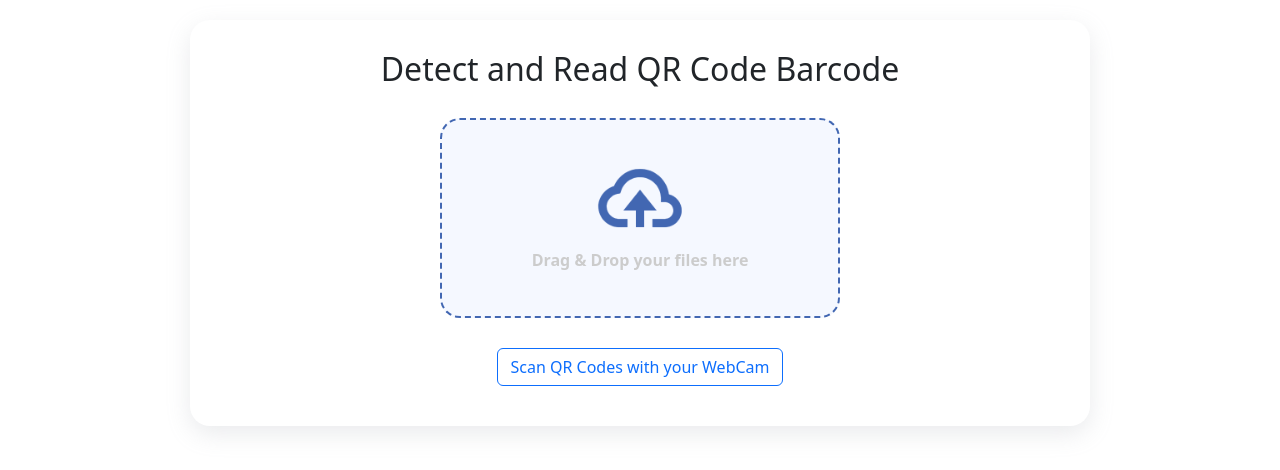
Repository: ntheanh/Detect_Read_QR_code
Page: / (app in reactjs-qr/)
These files come from the project's save history. The page is drawn as it stood at one moment and after the next save; the edit follows.
The browser window is 1280 px wide. The pictures show the whole page.
The project was rebuilt for these pictures with package versions that can differ from the ones it lists, and the page was loaded fresh each time.

Above is the page before, as saved 2023-06-13 11:02:19.

After the next save:
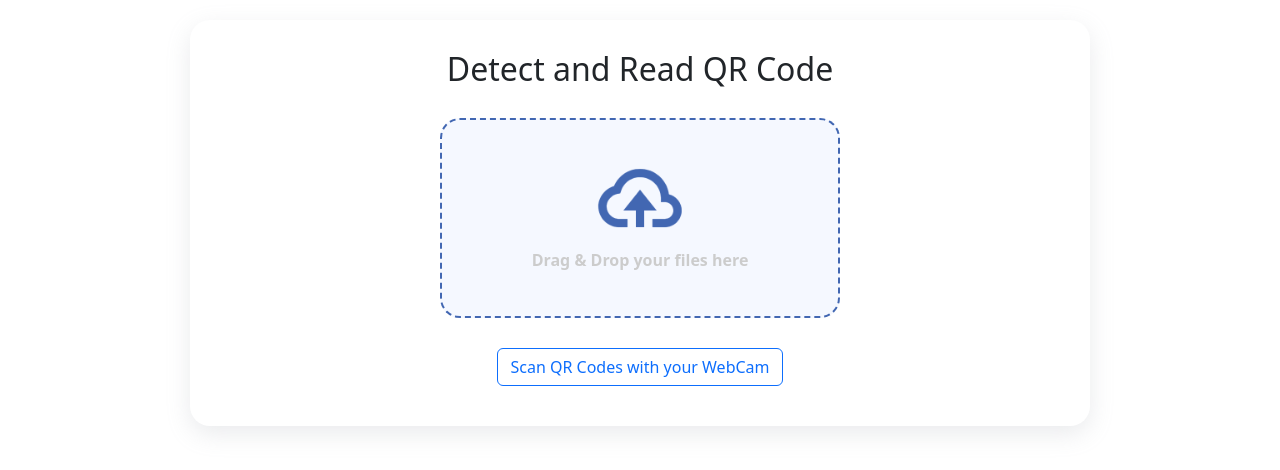
Saved 4 h 54 min later.
--- a/reactjs-qr/src/App.js
+++ b/reactjs-qr/src/App.js
@@ -147,7 +147,7 @@ function App() {
   return (
     <Container>
       <div className="box">
-        <h2 className="header">Detect and Read QR Code Barcode</h2>
+        <h2 className="header">Detect and Read QR Code</h2>
         <DropFileInput onFileChange={(files) => onFileChange(files)} />
         <div className="camera">
           <Button variant="outline-primary" onClick={() => setModalShow(true)}>
